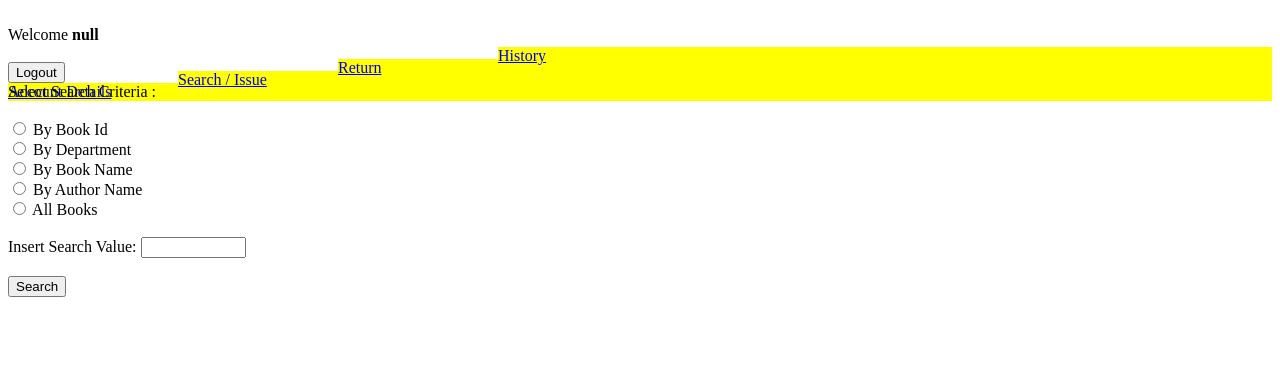
Repository: GitOn1t/Dummy
Page: http://localhost/Management/Search.jsp
These files come from the project's save history. The page is drawn as it stood at one moment and after the next save; the edit follows.
The browser window is 1280 px wide. The pictures show the whole page.
The page is served by Tomcat 9. Other server files are loaded and not shown.

Above is the page before, as saved 2025-05-07 09:37:19.

### LibraryManagement/Management/src/main/webapp/Search.jsp
<%@ page language="java" contentType="text/html; charset=UTF-8"
    pageEncoding="UTF-8"%>
<!DOCTYPE html>
<html>
<head>
<meta charset="UTF-8">
<title>Insert title here</title>
</head>
<body>

<jsp:include page="Menu.jsp" />
	<form action="SearchPrint.jsp">
		Select Search Criteria :
		<br/><br/>
		<input type="radio" name="searchtype" value="id" > By Book Id <br/>
		<input type="radio" name="searchtype" value="dept" > By Department <br/>
		<input type="radio" name="searchtype" value="bookname" > By Book Name <br/>
		<input type="radio" name="searchtype" value="authorname" > By Author Name <br/>
		<input type="radio" name="searchtype" value="all" > All Books <br/>
	<br/>
Insert Search Value: <input type='text' name='searchvalue' size='10'>
<br/><br/>
<input type='submit' value='Search'>
</form>

</body>
</html>

### LibraryManagement/Management/src/main/webapp/Menu.jsp
<%@ page language="java" contentType="text/html; charset=UTF-8"
    pageEncoding="UTF-8"%>
<!DOCTYPE html>
<html>
<head>
<meta charset="UTF-8">
<title>Insert title here</title>
</head>
<body>

<br/>
<%
  String user=(String)session.getAttribute("user");
  out.println("Welcome <b>" +user+"</b>");

%>
<br/><br/>
<div class="logout">
<input type="button" name="logout" value="Logout" onclick="window.location='index.html'">
</div>
<div class="aone" style =" background-color:#ff11ff ">
<div class= "atwo" style =" background-color:#ffff00 ">
<a href="AccountDetails.jsp">Account Details</a>
</div>
<div class="atwo"style="background-color:#ffff00;margin-top:-30px;margin-left:170px">
<a href="Search.jsp">Search / Issue</a>
</div>
<div class="atwo"style="background-color:#ffff00;margin-top:-30px;margin-left:330px">
<a href="Return.jsp">Return</a>
</div>
<div class="atwo"style="background-color:#ffff00;margin-top:-30px;margin-left:490px">
<a href="History.jsp">History</a>
</div>
</div>

</body>
</html>

After the next save:
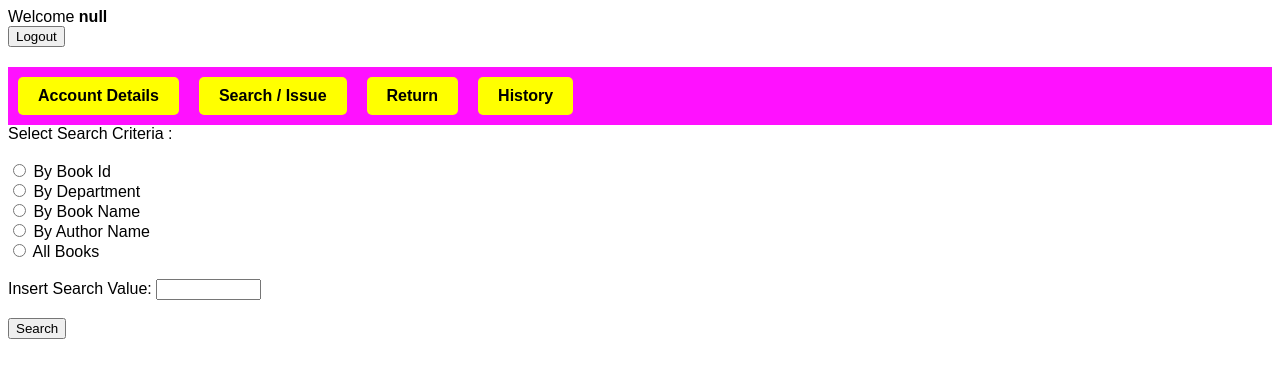
Saved 25 min 32 s later.
--- a/LibraryManagement/Management/src/main/webapp/Menu.jsp
+++ b/LibraryManagement/Management/src/main/webapp/Menu.jsp
@@ -1,36 +1,51 @@
-<%@ page language="java" contentType="text/html; charset=UTF-8"
-    pageEncoding="UTF-8"%>
+<%@ page language="java" contentType="text/html; charset=UTF-8" pageEncoding="UTF-8"%>
 <!DOCTYPE html>
 <html>
 <head>
 <meta charset="UTF-8">
-<title>Insert title here</title>
+<title>Library Menu</title>
+<style>
+    body {
+        font-family: Arial, sans-serif;
+    }
+    .logout {
+        margin-bottom: 20px;
+    }
+    .menu-bar {
+        display: flex;
+        background-color: #ff11ff;
+        padding: 10px;
+        gap: 20px;
+    }
+    .menu-item {
+        background-color: #ffff00;
+        padding: 10px 20px;
+        text-align: center;
+        border-radius: 5px;
+    }
+    .menu-item a {
+        text-decoration: none;
+        color: black;
+        font-weight: bold;
+    }
+</style>
 </head>
 <body>
 
-<br/>
 <%
-  String user=(String)session.getAttribute("user");
-  out.println("Welcome <b>" +user+"</b>");
+  String user = (String)session.getAttribute("user");
+  out.println("Welcome <b>" + user + "</b>");
+%>
 
-%>
-<br/><br/>
 <div class="logout">
-<input type="button" name="logout" value="Logout" onclick="window.location='index.html'">
+    <input type="button" name="logout" value="Logout" onclick="window.location='index.html'">
 </div>
-<div class="aone" style =" background-color:#ff11ff ">
-<div class= "atwo" style =" background-color:#ffff00 ">
-<a href="AccountDetails.jsp">Account Details</a>
-</div>
-<div class="atwo"style="background-color:#ffff00;margin-top:-30px;margin-left:170px">
-<a href="Search.jsp">Search / Issue</a>
-</div>
-<div class="atwo"style="background-color:#ffff00;margin-top:-30px;margin-left:330px">
-<a href="Return.jsp">Return</a>
-</div>
-<div class="atwo"style="background-color:#ffff00;margin-top:-30px;margin-left:490px">
-<a href="History.jsp">History</a>
-</div>
+
+<div class="menu-bar">
+    <div class="menu-item"><a href="AccountDetails.jsp">Account Details</a></div>
+    <div class="menu-item"><a href="Search.jsp">Search / Issue</a></div>
+    <div class="menu-item"><a href="Return.jsp">Return</a></div>
+    <div class="menu-item"><a href="History.jsp">History</a></div>
 </div>
 
 </body>
